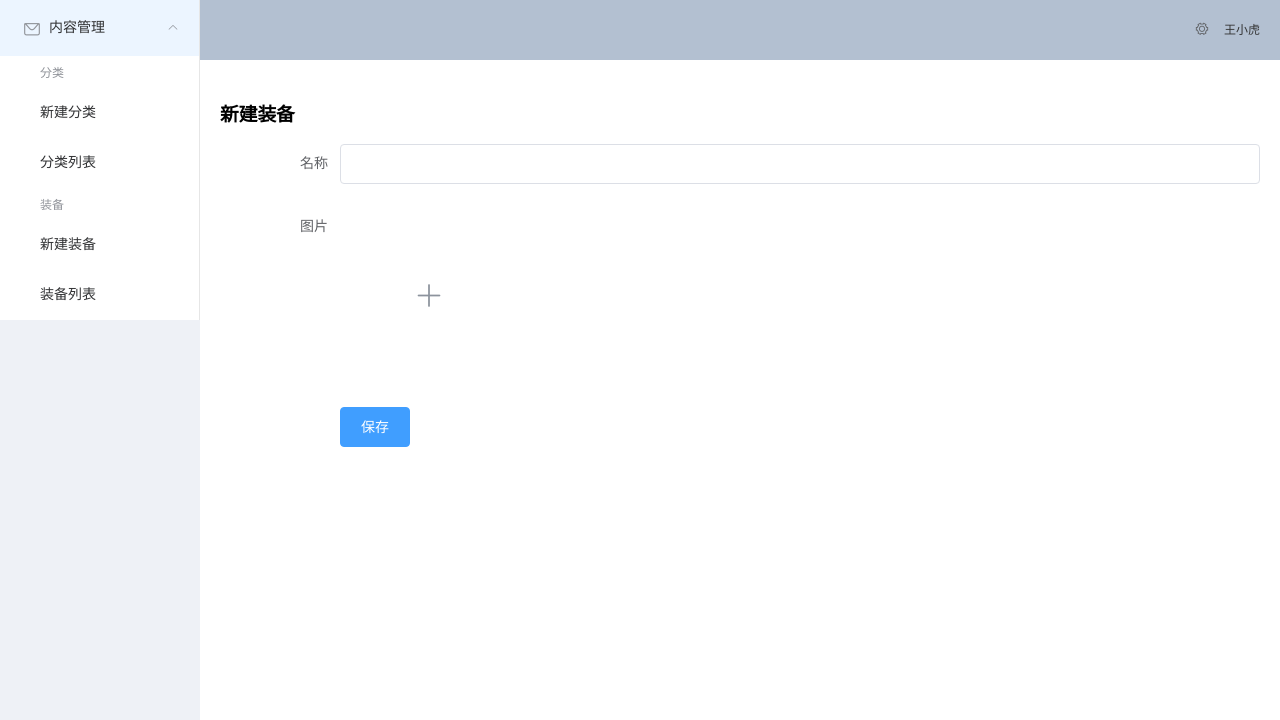
Repository: fish-zmy/wangzherongyao
Page: /#/items/create (app in admin/)
These files come from the project's save history. The page is drawn as it stood at one moment and after the next save; the edit follows.
The browser window is 1280 px wide. The pictures show the whole page.
Pictures or frames that could not be fetched are drawn as grey boxes. The project was rebuilt for these pictures with package versions that can differ from the ones it lists, and the page was loaded fresh each time. Also part of the build but not shown: admin/vue.config.js, admin/src/views/CategoryEdit.vue, admin/src/views/CategoryList.vue, admin/src/views/ItemList.vue. Imported but missing from the stored project, and not drawn on this page: admin/src/views/Home.vue.

Above is the page before, as saved 2020-06-17 21:39:47.

After the next save:
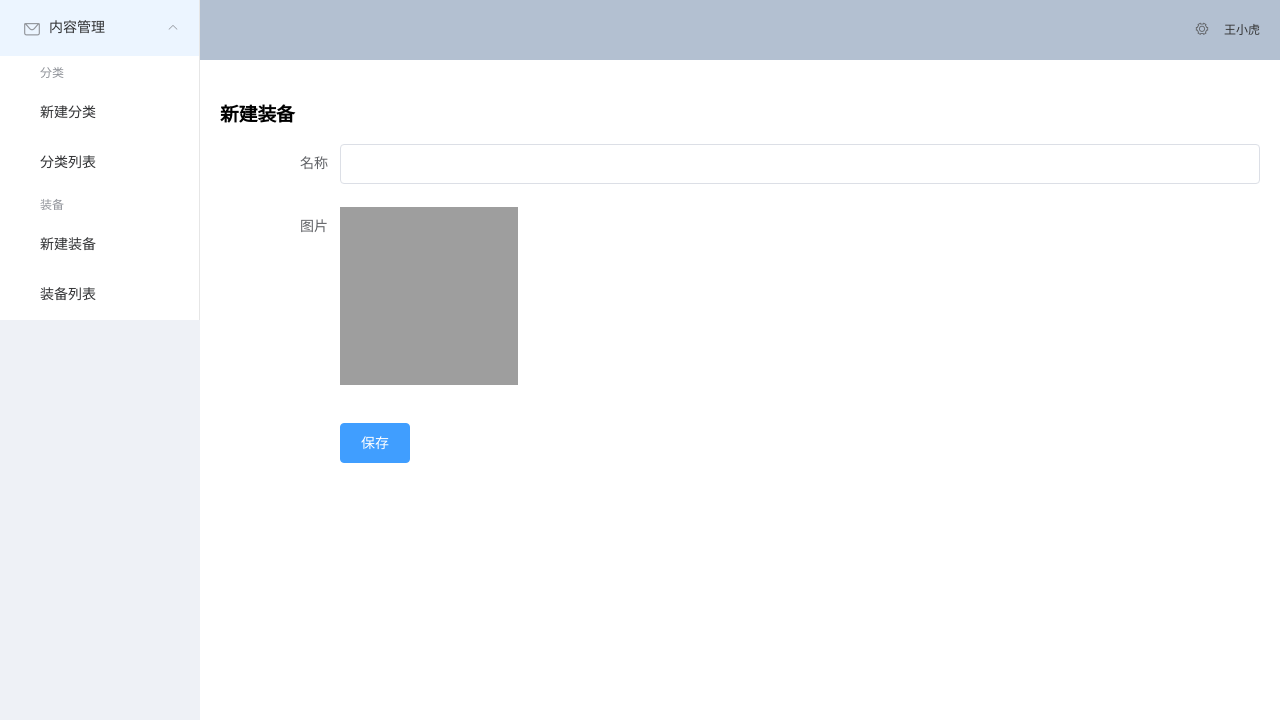
Saved 43 s later.
--- a/admin/src/views/ItemEdit.vue
+++ b/admin/src/views/ItemEdit.vue
@@ -60,12 +60,14 @@ export default {
   },
   data() {
     return {
-      model: {}
+      model: {
+        icon:{}
+      }
     };
   },
   methods: {
     //上传
-    afterUpload(){
+    afterUpload(res){
 
     },
     //保存
